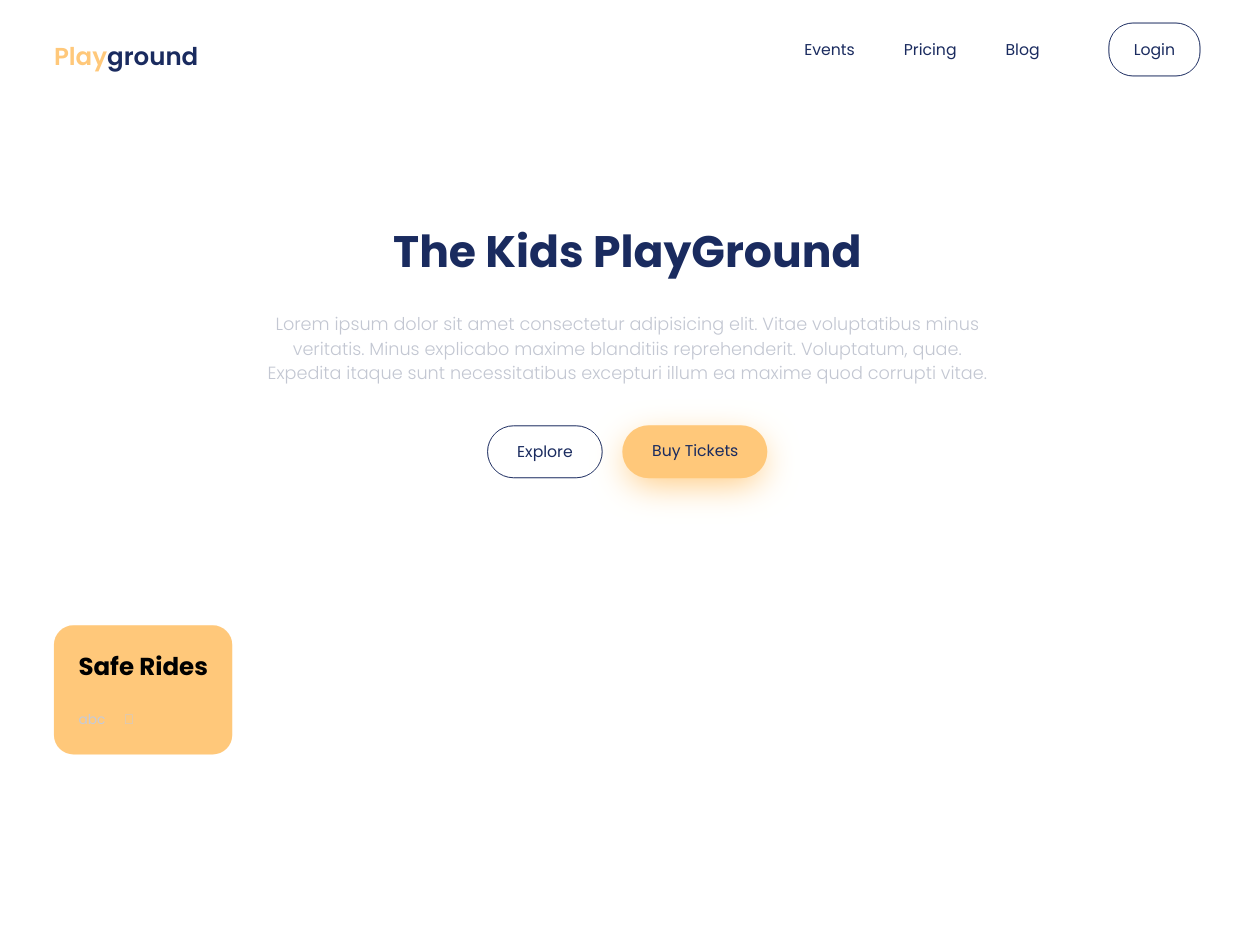
Repository: khuong30082000/the-playground
Page: index.html
An editor plug-in stored every save of this project. The page is shown before and after a run of saves, followed by the edit.
The browser window is 1280 px wide. The pictures show the whole page, at 98% of full size.
The style sheet was rebuilt from its Sass, Less or Tailwind sources for each picture, by a compiler version that may differ from the author's.

Above is the page before, as saved 2022-06-20 12:44:24.

After the next 2 saves:
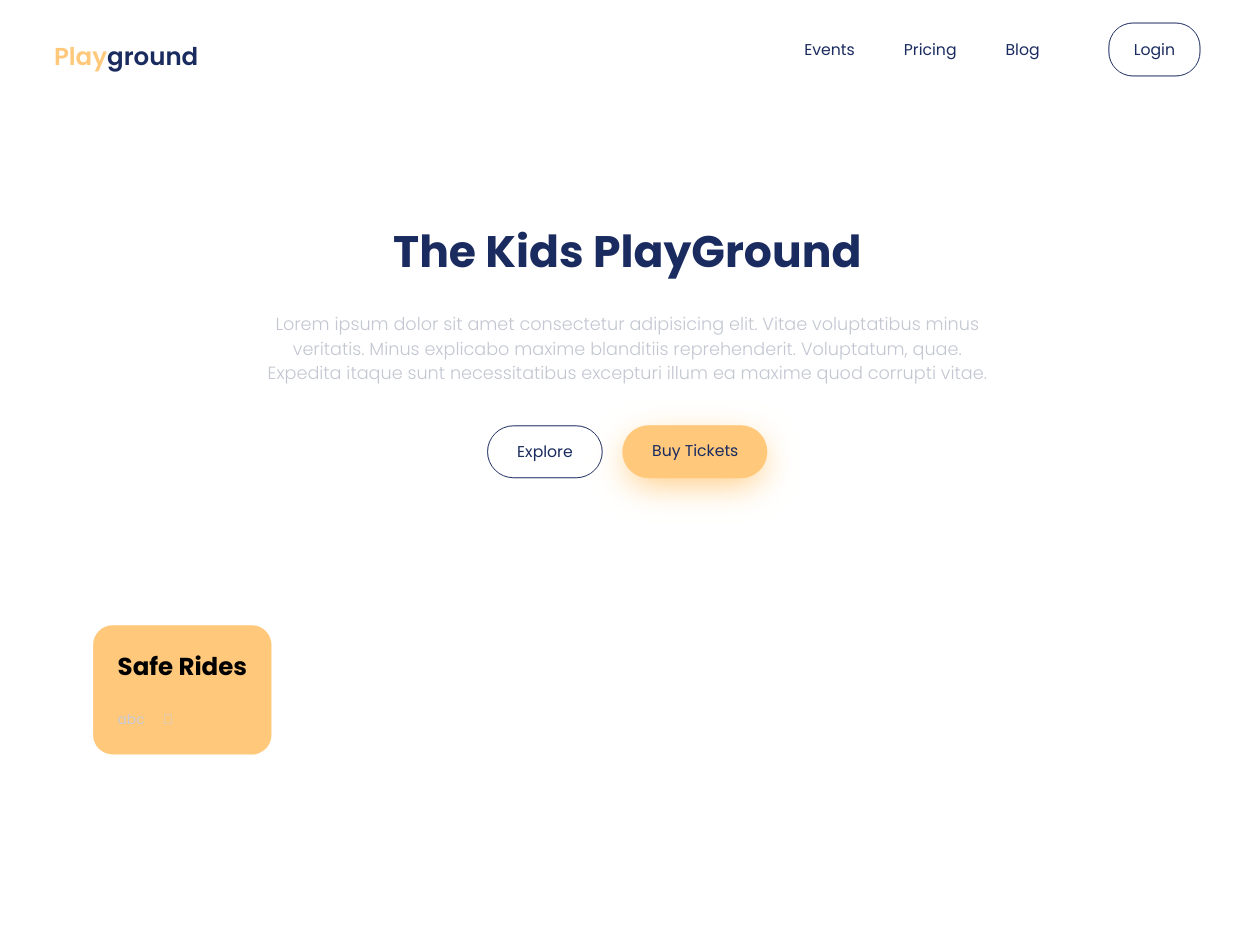
The 2 saves are shown as one change because they came seconds apart.
The last was saved 23 s later.
--- a/index.html
+++ b/index.html
@@ -55,15 +55,15 @@
       </section>
      <section class="category">
         <div class="container">
-            <div class="category__list">
-                <div class="category__item">
+            <ul class="category__list">
+                <li class="category__item">
                     <img src="" alt="" class="category_image">
                     <h3 class="category__name">Safe Rides</h3>
                     <a href="" class="category__details">
                         abc <i class="fa fa-angle-right"></i>
                     </a>
-                </div>
-            </div>
+                </li>
+            </ul>
         </div>
      </section>
     </div>
